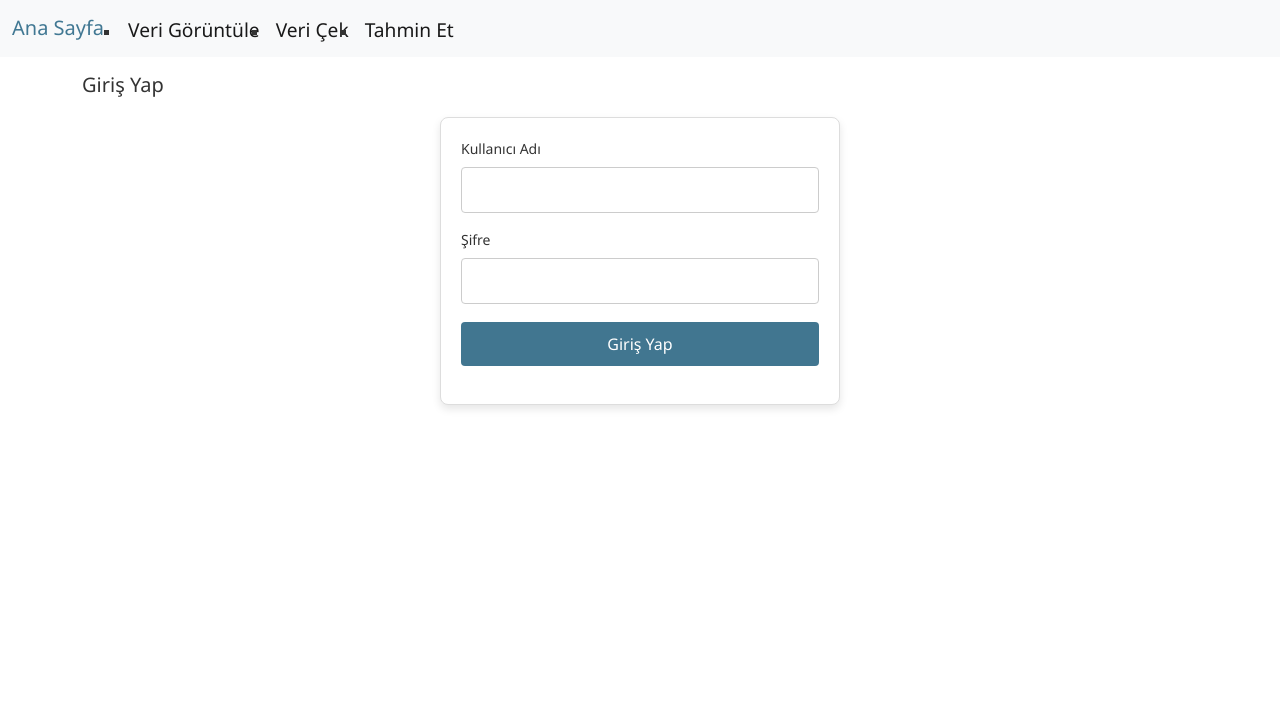
Repository: keremtanil/football_match_result_prediction
Page: http://localhost/account/login
These files come from the project's save history. The page is drawn as it stood at one moment and after the next save; the edit follows.
The browser window is 1280 px wide. The pictures show the whole page.
The page is served by the project's application, run on Django 3.2 (blogapp/manage.py).

Above is the page before, as saved 2025-01-06 20:09:08.

After the next save:
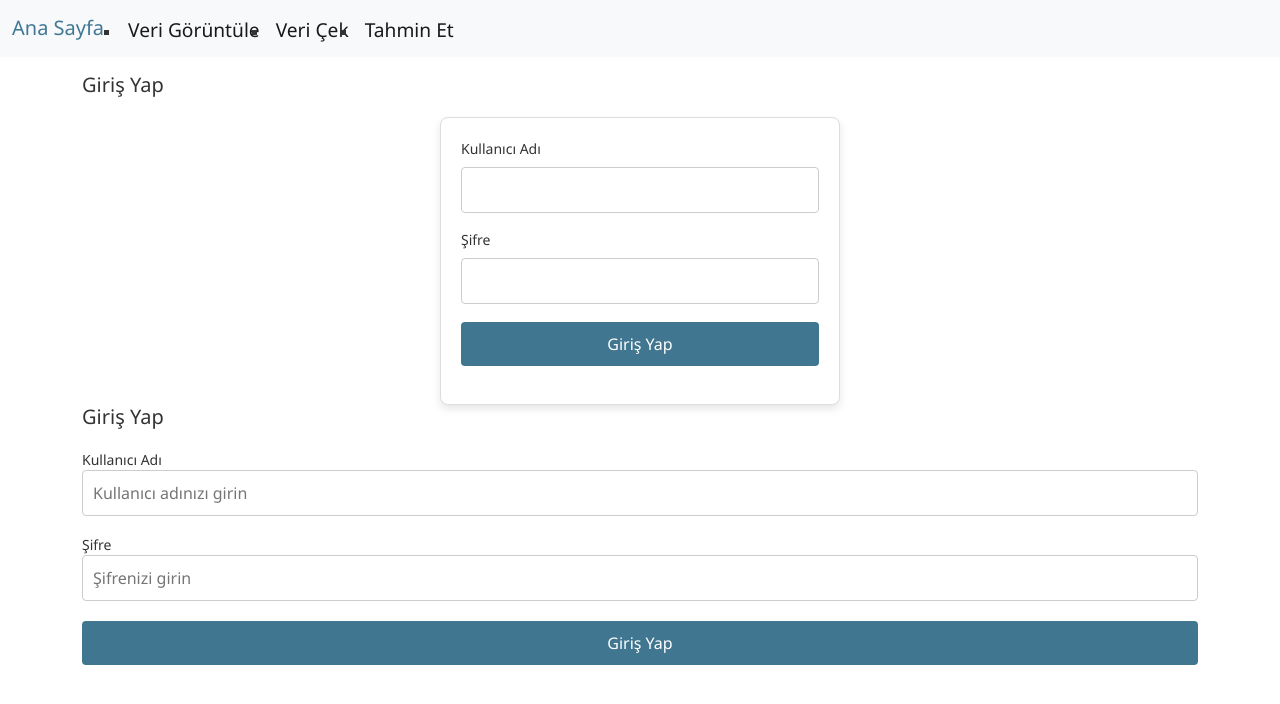
Saved 41 s later.
--- a/blogapp/account/templates/account/login.html
+++ b/blogapp/account/templates/account/login.html
@@ -27,4 +27,23 @@
                 <input type="submit" value="Giriş Yap" class="btn btn-success">
             </div>
 </div>
+<form class="login-form">
+    <h1>Giriş Yap</h1>
+    {% csrf_token %}
+    {% if error %}
+        <div class="alert alert-danger">
+            {{error}}
+        </div>
+    {% endif %}
+    <div class="mb-3">
+        <label for="username">Kullanıcı Adı</label>
+        <input type="text" id="username" placeholder="Kullanıcı adınızı girin">
+    </div>
+    <div class="mb-3">
+        <label for="password">Şifre</label>
+        <input type="password" id="password" placeholder="Şifrenizi girin">
+    </div>
+    <input type="submit" value="Giriş Yap">
+</form>
+
 {% endblock %}
